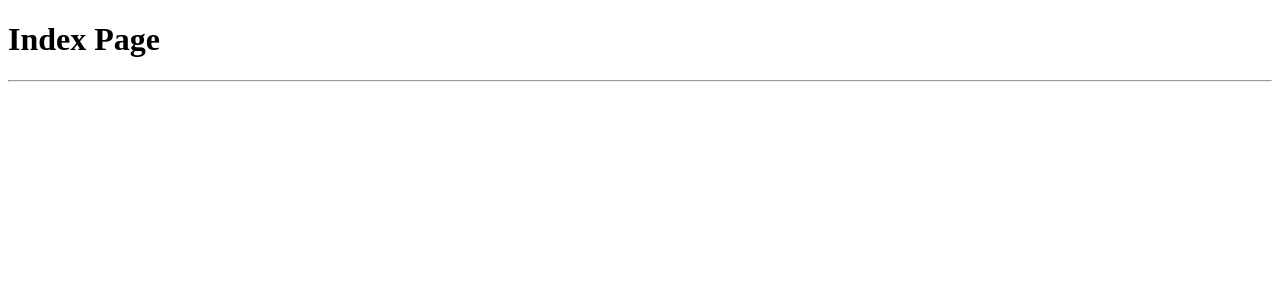
Repository: TrishantMaharjan/Java-Enterprise-Edition
Page: http://localhost/WebTestDemo/index.jsp
The author's editor kept a copy of each file at every save. The page is drawn from the files as they stood at one save, then again after the next save.
The browser window is 1280 px wide. The pictures show the whole page.
The page is served by Tomcat 9.

Above is the page before, as saved 2023-01-29 09:27:37.

### WebTestDemo/src/main/webapp/index.jsp
<%@ page language="java" contentType="text/html; charset=UTF-8"
    pageEncoding="UTF-8"%>
<!DOCTYPE html>
<html>
<head>
<meta charset="UTF-8">
<title>Index</title>
</head>
<body>
	<h1>Index Page</h1>
	<hr>
</body>
</html>

After the next save:
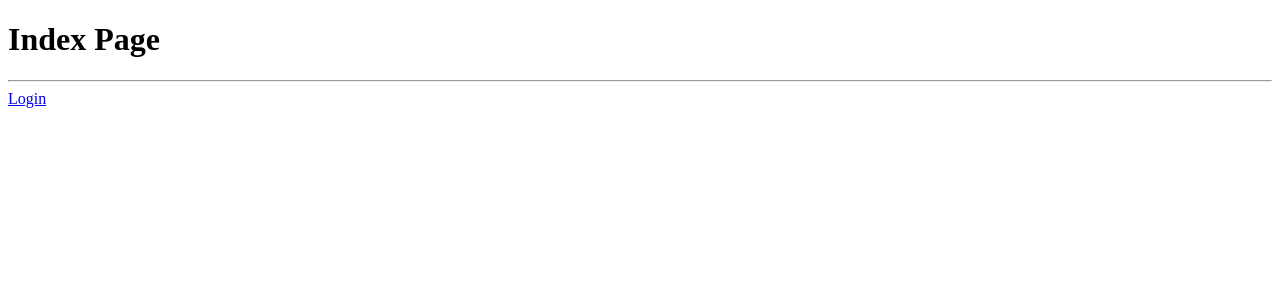
Saved 80 s later.
--- a/WebTestDemo/src/main/webapp/index.jsp
+++ b/WebTestDemo/src/main/webapp/index.jsp
@@ -9,5 +9,6 @@
 <body>
 	<h1>Index Page</h1>
 	<hr>
+	<a href = "LoginForm">Login</a>
 </body>
 </html>
